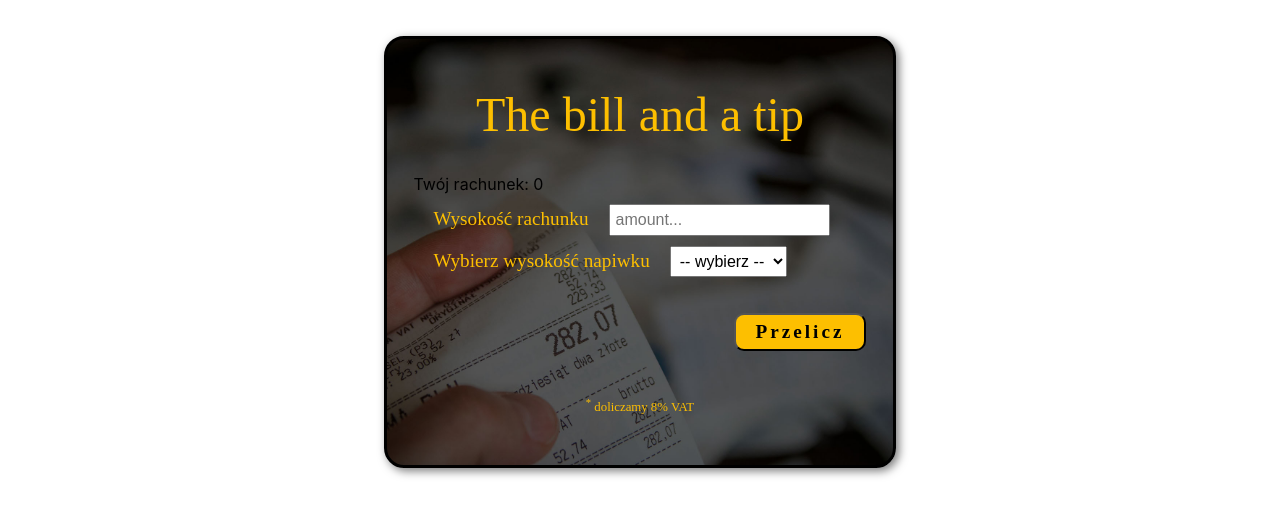
Repository: KrzysKolo/sr_tydzien4_zad1
Page: /
The author's editor kept a copy of each file at every save. The page is drawn from the files as they stood at one save, then again after the next save.
The browser window is 1280 px wide. The pictures show the whole page.
Some web fonts or font styles are not loaded; a fallback is used. The project was rebuilt for these pictures with package versions that can differ from the ones it lists, and the page was loaded fresh each time.

Above is the page before, as saved 2020-11-06 12:07:39.

### public/index.html
<!DOCTYPE html>
<html lang="en">
  <head>
    <meta charset="utf-8" />
    <link rel="icon" href="%PUBLIC_URL%/favicon.ico" />
    <meta name="viewport" content="width=device-width, initial-scale=1" />
    <meta name="theme-color" content="#000000" />
    <meta
      name="description"
      content="Web site created using create-react-app"
    />
    <link rel="apple-touch-icon" href="%PUBLIC_URL%/logo192.png" />
    <!--
      manifest.json provides metadata used when your web app is installed on a
      user's mobile device or desktop. See https://developers.google.com/web/fundamentals/web-app-manifest/
    -->
    <link rel="manifest" href="%PUBLIC_URL%/manifest.json" />
    <!--
      Notice the use of %PUBLIC_URL% in the tags above.
      It will be replaced with the URL of the `public` folder during the build.
      Only files inside the `public` folder can be referenced from the HTML.

      Unlike "/favicon.ico" or "favicon.ico", "%PUBLIC_URL%/favicon.ico" will
      work correctly both with client-side routing and a non-root public URL.
      Learn how to configure a non-root public URL by running `npm run build`.
    -->
    <link href="https://fonts.googleapis.com/css2?family=Calligraffitti&family=Shadows+Into+Light+Two&family=Skranji&display=swap" rel="stylesheet">
    <title>Bill and tip</title>
  </head>
  <body>
    <noscript>You need to enable JavaScript to run this app.</noscript>
    <div id="root"></div>
    <!--
      This HTML file is a template.
      If you open it directly in the browser, you will see an empty page.

      You can add webfonts, meta tags, or analytics to this file.
      The build step will place the bundled scripts into the <body> tag.

      To begin the development, run `npm start` or `yarn start`.
      To create a production bundle, use `npm run build` or `yarn build`.
    -->
  </body>
</html>

### src/App.js
import './App.css';
import BillCard from './components/BillCard';
const App = () => {
  return (
    <div>
      <BillCard/>
    </div>
   );
}

export default App;

### src/components/BillCard.js
import React, { Component } from 'react';
import HeaderCard from './HeaderCard';
import SectionCard from './SectionCard';
import FooterCard from './FooterCard';
import './BillCard.css';
class BillCard extends Component {
    state = {  }
    render() {
        return (
            <div className="billCard__wrapper">
                <HeaderCard/>
                <SectionCard />
                <FooterCard />
            </div>
         );
    }
}

export default BillCard;

### src/components/HeaderCard.js
import React from 'react';
const HeaderCard = () => {
    return (
        <div className="billCard__header">
            The bill and a tip
        </div>
     );
}

export default HeaderCard;

### src/components/SectionCard.js
import React, { Component } from 'react';
class SectionCard extends Component {
    state = {
        bill: {
            amount: "",
            tip: "",
        },
        results: 0
     }
     handleChange = e => {
        let  newBill = {
         ...this.state.bill,
         [e.target.name]: parseFloat(e.target.value),
         }
         this.setState({
             bill: newBill
         })
     }
     handleConvert = (e) => {
        e.preventDefault();
        const suma = (this.state.bill.amount*1.08)+((this.state.bill.amount*1.08)*this.state.bill.tip);
         this.setState({
            results: suma,
         })

     }

    render() {

        return (

            <section className="billCard__section">
                <p>Twój rachunek: {this.state.results}</p>
                <form>
                    <label className="label__BillCard" htmlFor="form__input-amount">Wysokość rachunku</label>
                    <input className="form__items"
                           type="text"
                           id="form__input-amount"
                           name="amount"
                           placeholder="amount..."
                           onChange={this.handleChange}
                           value={this.state.bill.amount} /><br/>
                    <label className="label__BillCard" htmlFor="form__select">Wybierz wysokość napiwku</label>
                    <select className="form__items"
                            name="tip"
                            id="form__select"
                            onChange={this.handleChange}
                            value={this.state.bill.tip}>
                        <option value=""> -- wybierz -- </option>
                        <option value="0.05">5%</option>
                        <option value="0.10">10%</option>
                        <option value="0.15">15%</option>
                        <option value="0.20">20%</option>
                    </select> <br />
                    <button className="btn__BillCard" type="submit" onClick={this.handleConvert}>Przelicz</button>
                </form>
            </section>
         );
    }
}

export default SectionCard;

### src/components/FooterCard.js
import React from 'react';
const FooterCard = () => {
    return (
        <footer className="billCard__footer">
            <sup>*</sup> doliczamy 8% VAT
        </footer>
     );
}

export default FooterCard;

### src/components/BillCard.css
.billCard__wrapper {
  width: 40vw;
  height: 60vh;
  background: url("./../image/bill.jpg");
  background-size: cover;
  border: 3px solid black;
  border-radius: 20px;
  box-shadow: 3px 3px 10px #7a7a7a;
  display: flex;
  flex-direction: column;
  align-items: center;
  margin: 5vh auto;
}
.billCard__header {
  font-family: "Skranji", cursive;
  font-size: 3rem;
  color: rgb(253, 191, 0);
  margin-top: 3rem;
}
.billCard__section {
  margin-top: 2rem;
}
.label__BillCard {
  font-family: "Shadows Into Light Two", cursive;
  font-size: 1.2rem;
  color: rgb(253, 191, 0);
  padding: 20px;
}
.form__items {
  font-size: 1rem;
  padding: 5px;
  margin-top: 10px;
}
.btn__BillCard {
  font-family: "Shadows Into Light Two", cursive;
  font-size: 1.2rem;
  background-color: rgb(253, 191, 0);
  border-radius: 10px;
  cursor: pointer;
  margin: 5vh auto 2vh 25vw;
  padding: 6px 20px;
  transition: all ease-in-out 0.3s;
  letter-spacing: 3px;
  font-weight: bold;
}
.btn__BillCard:hover {
  background-color: rgba(253, 191, 0, 0.07);
  color: rgb(253, 191, 0);
}
.billCard__footer {
  color: rgb(253, 191, 0);
  font-family: "Shadows Into Light Two", cursive;
  font-size: 0.8rem;
  margin-top: 2rem;
}

Loaded but not shown: src/index.js (common file); src/index.css (common file); src/App.css (common file)

After the next save:
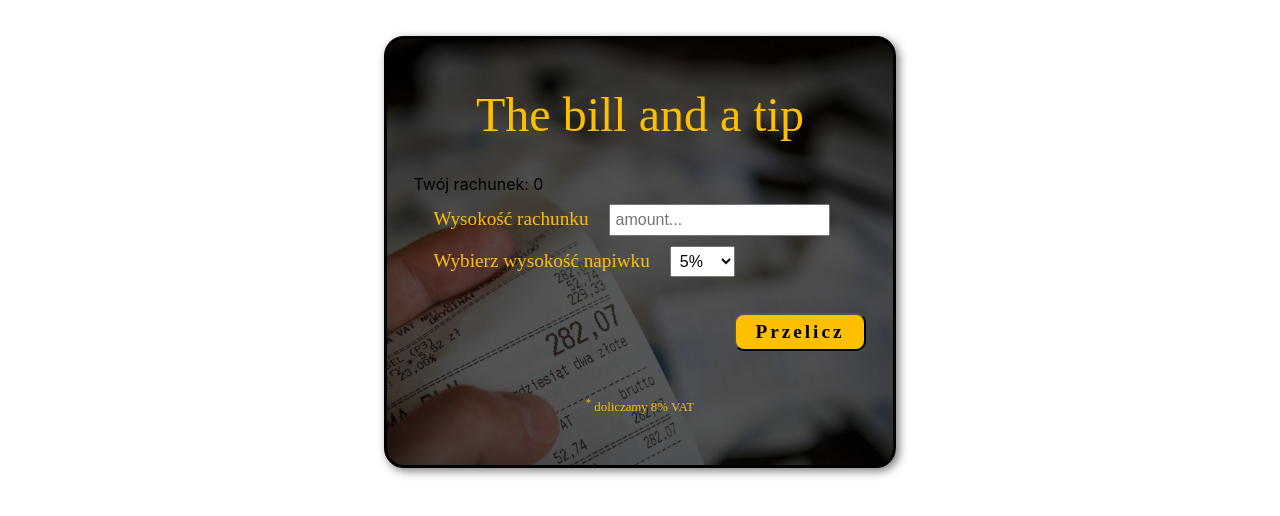
Saved 2 min 39 s later.
--- a/src/components/SectionCard.js
+++ b/src/components/SectionCard.js
@@ -46,11 +46,10 @@
                             id="form__select"
                             onChange={this.handleChange}
                             value={this.state.bill.tip}>
-                        <option value=""> -- wybierz -- </option>
-                        <option value="0.05">5%</option>
-                        <option value="0.10">10%</option>
-                        <option value="0.15">15%</option>
-                        <option value="0.20">20%</option>
+                                <option value="0.05">5%</option>
+                                <option value="0.10">10%</option>
+                                <option value="0.15">15%</option>
+                                <option value="0.20">20%</option>
                     </select> <br />
                     <button className="btn__BillCard" type="submit" onClick={this.handleConvert}>Przelicz</button>
                 </form>

After the save that followed:
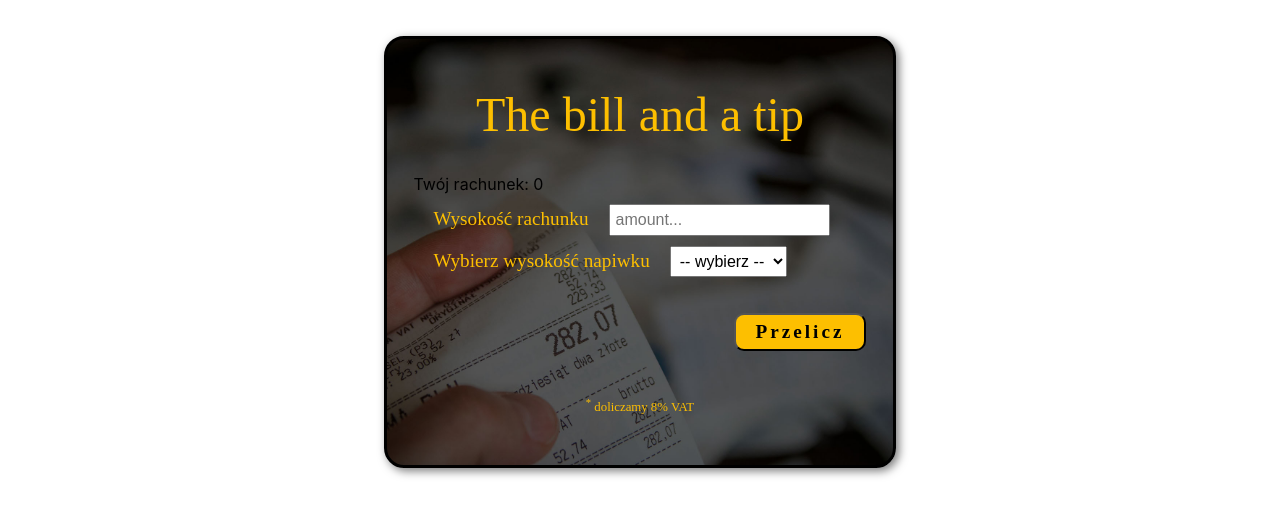
Saved 56 s later.
--- a/src/components/SectionCard.js
+++ b/src/components/SectionCard.js
@@ -46,6 +46,7 @@
                             id="form__select"
                             onChange={this.handleChange}
                             value={this.state.bill.tip}>
+                                <option value=""> -- wybierz -- </option>
                                 <option value="0.05">5%</option>
                                 <option value="0.10">10%</option>
                                 <option value="0.15">15%</option>
